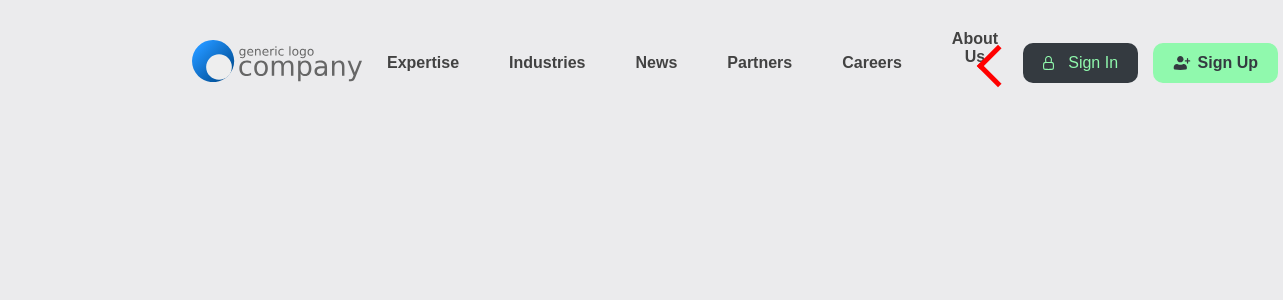
Repository: Andriy-Ma/widgetTask
Page: /
An editor plug-in stored every save of this project. The page is shown before and after the next save, followed by the edit.
The browser window is 1280 px wide. The page is 1280 px wide, then 1283 px, then 1280 px, so the pictures cover 1283 px, including what lies to the right of the window. The pictures show the whole page.
Some web fonts or font styles are not loaded; a fallback is used. The project was rebuilt for these pictures with package versions that can differ from the ones it lists, and the page was loaded fresh each time.

Above is the page before, as saved 2022-08-29 18:07:58.

### public/index.html
<!DOCTYPE html>
<html lang="en">
  <head>
    <meta charset="utf-8" />
    <link rel="icon" href="%PUBLIC_URL%/favicon.ico" />
    <link rel="stylesheet" href="https://use.typekit.net/clw7fgu.css">
    <meta name="viewport" content="width=device-width, initial-scale=1" />
    <meta name="theme-color" content="#000000" />
    <meta
      name="description"
      content="Web site created using create-react-app"
    />
    <link rel="apple-touch-icon" href="%PUBLIC_URL%/logo192.png" />
    <!--
      manifest.json provides metadata used when your web app is installed on a
      user's mobile device or desktop. See https://developers.google.com/web/fundamentals/web-app-manifest/
    -->
    <link rel="manifest" href="%PUBLIC_URL%/manifest.json" />
    <!--
      Notice the use of %PUBLIC_URL% in the tags above.
      It will be replaced with the URL of the `public` folder during the build.
      Only files inside the `public` folder can be referenced from the HTML.

      Unlike "/favicon.ico" or "favicon.ico", "%PUBLIC_URL%/favicon.ico" will
      work correctly both with client-side routing and a non-root public URL.
      Learn how to configure a non-root public URL by running `npm run build`.
    -->
    <title>React App</title>
  </head>
  <body>
    <noscript>You need to enable JavaScript to run this app.</noscript>
    <div id="root"></div>
    <!--
      This HTML file is a template.
      If you open it directly in the browser, you will see an empty page.

      You can add webfonts, meta tags, or analytics to this file.
      The build step will place the bundled scripts into the <body> tag.

      To begin the development, run `npm start` or `yarn start`.
      To create a production bundle, use `npm run build` or `yarn build`.
    -->
  </body>
</html>

### src/index.css
* {
  box-sizing: border-box;
  margin: 0;
  padding: 0;
}
body {
  font-family: 'Poppins', sans-serif;
  background-color: #ebebed;
  -webkit-font-smoothing: antialiased;
  -moz-osx-font-smoothing: grayscale;
}

### src/App.js
import React from 'react';
import styles from './App.module.css';
import Header from './components/Header/header';

function App() {
  return (
    <div className={styles.container}>
      <Header/>
    </div>
  );
}

export default App;

### src/App.module.css
.container {
    display: block;
    align-items: center;
    justify-content: center;
    padding-left: 15%;
    padding-right: 15%;
}

### src/components/Header/header.jsx
import React from 'react';
import Icon from './logo-generic';
import {ReactComponent as Lock} from './lock.svg';
import {ReactComponent as SignUp} from './signup.svg';
import styles from './header.module.css';

function Header() {
  return (
    <div className={styles.header}>
        <div className={styles.logo}>
          <a href="#home">
            <Icon/>
          </a>
        </div>
        <div className={styles.middleOfHeader}>
          <a href="#expertise">Expertise</a>
          <a href="#industries">Industries</a>
          <a href="#news">News</a>
          <a href="#partners">Partners</a>
          <a href="#careers">Careers</a>
          <a href="#aboutus" className={styles.aboutUs}>About Us</a>
        </div>
        <div className={styles.buttonsHeader}>
          <div className={styles.signin}>
            <Lock/>
            <p>Sign In</p>
          </div>
          <div className={styles.signup}>
            <SignUp/>
            <p>Sign Up</p>
          </div>
        </div>
    </div>
  )
}

export default Header;

### src/components/Header/logo-generic.jsx
import React from "react";

function Icon() {
  return (
    <svg
      xmlns="http://www.w3.org/2000/svg"
      version="1.1"
      viewBox="0 0 1425.8 353.74"
    >
      <defs>
        <linearGradient
          id="linearGradient5311"
          x1="-467.57"
          x2="-469.87"
          y1="-68.973"
          y2="488.43"
          gradientUnits="userSpaceOnUse"
        >
          <stop offset="0" stopColor="#2294fe"></stop>
          <stop offset="1" stopColor="#014f96"></stop>
        </linearGradient>
      </defs>
      <g transform="translate(364.43 8.482)">
        <g>
          <g fill="#666" transform="translate(-14.426 -21.336)">
            <path d="M145.49 192.37v19.095c-5.773-3.182-11.583-5.55-17.43-7.105a64.331 64.331 0 00-17.541-2.443c-13.248 0-23.536 4.22-30.863 12.657-7.327 8.363-10.991 20.13-10.991 35.304 0 15.172 3.663 26.977 10.991 35.415 7.327 8.363 17.615 12.545 30.863 12.545 5.92 0 11.768-.778 17.541-2.332 5.847-1.628 11.657-4.033 17.43-7.216v18.873a83.693 83.693 0 01-17.763 5.995c-6.07 1.332-12.545 1.998-19.428 1.998-18.725 0-33.601-5.884-44.629-17.652s-16.542-27.643-16.542-47.627c0-20.279 5.55-36.229 16.653-47.849 11.176-11.62 26.459-17.43 45.85-17.43 6.29 0 12.434.666 18.429 1.999a81.647 81.647 0 0117.43 5.772"></path>
            <path d="M228.98 201.92c-10.954 0-19.613 4.293-25.978 12.878-6.365 8.511-9.548 20.205-9.548 35.082 0 14.876 3.146 26.607 9.437 35.193 6.365 8.511 15.061 12.767 26.089 12.767 10.88 0 19.502-4.293 25.867-12.878 6.365-8.585 9.547-20.279 9.547-35.082 0-14.728-3.182-26.385-9.547-34.971-6.365-8.66-14.987-12.989-25.867-12.989m0-17.319c17.763 0 31.714 5.773 41.854 17.319s15.209 27.532 15.209 47.96c0 20.353-5.07 36.34-15.209 47.96-10.14 11.546-24.091 17.319-41.854 17.319-17.837 0-31.825-5.773-41.965-17.319-10.066-11.62-15.098-27.606-15.098-47.96 0-20.427 5.033-36.414 15.098-47.96 10.14-11.546 24.128-17.319 41.965-17.319"></path>
            <path d="M416.6 211.46c5.107-9.177 11.213-15.949 18.318-20.316 7.105-4.367 15.468-6.55 25.09-6.55 12.952 0 22.943 4.552 29.975 13.655 7.03 9.03 10.546 21.908 10.547 38.634v75.048h-20.538v-74.382c0-11.916-2.11-20.76-6.328-26.533-4.219-5.773-10.658-8.66-19.317-8.66-10.584 0-18.947 3.516-25.09 10.548-6.143 7.03-9.215 16.616-9.214 28.754v70.274h-20.538V237.55c0-11.99-2.11-20.834-6.328-26.533-4.22-5.773-10.732-8.66-19.54-8.66-10.435 0-18.724 3.553-24.867 10.658-6.143 7.031-9.215 16.58-9.215 28.643v70.274h-20.538v-124.34h20.538v19.317c4.663-7.623 10.251-13.248 16.764-16.875 6.513-3.626 14.247-5.44 23.203-5.44 9.03 0 16.69 2.295 22.981 6.883 6.365 4.59 11.065 11.25 14.099 19.983"></path>
            <path d="M560.7 293.28v65.945h-20.538v-171.63H560.7v18.873c4.293-7.401 9.695-12.878 16.209-16.431 6.587-3.627 14.432-5.44 23.536-5.44 15.098 0 27.347 5.995 36.747 17.985 9.473 11.99 14.21 27.755 14.21 47.294 0 19.54-4.737 35.304-14.21 47.294-9.4 11.99-21.649 17.985-36.747 17.985-9.104 0-16.949-1.776-23.536-5.329-6.513-3.626-11.916-9.14-16.209-16.542m69.497-43.408c0-15.024-3.109-26.792-9.326-35.304-6.143-8.585-14.617-12.878-25.423-12.878-10.806 0-19.317 4.293-25.534 12.878-6.143 8.512-9.214 20.28-9.214 35.304 0 15.024 3.071 26.83 9.214 35.415 6.217 8.512 14.728 12.767 25.534 12.767s19.28-4.255 25.423-12.767c6.217-8.585 9.326-20.39 9.326-35.415"></path>
            <path d="M741.77 249.43c-16.505 0-27.94 1.887-34.304 5.662-6.365 3.775-9.548 10.214-9.547 19.317 0 7.253 2.368 13.026 7.105 17.319 4.81 4.219 11.324 6.328 19.539 6.328 11.324 0 20.39-3.997 27.199-11.99 6.883-8.067 10.325-18.762 10.325-32.084v-4.552H741.77m40.744-8.437v70.94h-20.427V293.06c-4.663 7.549-10.473 13.137-17.43 16.764-6.958 3.552-15.47 5.329-25.534 5.329-12.73 0-22.87-3.553-30.42-10.658-7.475-7.18-11.212-16.764-11.212-28.754 0-13.988 4.662-24.535 13.988-31.64 9.4-7.106 23.388-10.658 41.965-10.658h28.643v-1.999c0-9.4-3.109-16.653-9.326-21.759-6.143-5.18-14.802-7.77-25.978-7.77-7.105 0-14.025.85-20.76 2.552-6.735 1.703-13.21 4.256-19.428 7.66v-18.872c7.475-2.887 14.728-5.033 21.76-6.44 7.03-1.48 13.876-2.22 20.537-2.22 17.985 0 31.418 4.663 40.3 13.988 8.88 9.326 13.321 23.462 13.321 42.41"></path>
            <path d="M928.5 236.89v75.048h-20.427v-74.382c0-11.768-2.295-20.575-6.883-26.422-4.589-5.847-11.472-8.77-20.65-8.77-11.027 0-19.723 3.515-26.088 10.547-6.365 7.03-9.548 16.616-9.548 28.754v70.274h-20.538v-124.34h20.538v19.317c4.885-7.476 10.621-13.063 17.208-16.764 6.661-3.7 14.321-5.551 22.981-5.551 14.284 0 25.09 4.44 32.417 13.322 7.327 8.807 10.991 21.797 10.991 38.967"></path>
            <path d="M1021.2 323.48c-5.773 14.802-11.398 24.461-16.875 28.976-5.477 4.515-12.804 6.772-21.981 6.772h-16.32v-17.097h11.99c5.625 0 9.992-1.332 13.1-3.996s6.55-8.956 10.325-18.873l3.664-9.326-50.291-122.34h21.648l38.856 97.252 38.856-97.252h21.648l-54.621 135.89"></path>
          </g>
          <g fill="#666" transform="translate(-416.34 -21.336)">
            <path d="M489.95 115.06c0-6.675-1.385-11.848-4.155-15.519-2.737-3.671-6.592-5.507-11.564-5.507-4.94 0-8.794 1.836-11.564 5.507-2.737 3.671-4.105 8.844-4.105 15.519 0 6.642 1.368 11.798 4.105 15.469 2.77 3.671 6.625 5.507 11.564 5.507 4.973 0 8.827-1.836 11.564-5.507 2.77-3.671 4.155-8.828 4.155-15.469m9.211 21.727c0 9.545-2.119 16.637-6.357 21.276-4.24 4.672-10.73 7.009-19.474 7.009-3.238 0-6.292-.25-9.162-.751a44.69 44.69 0 01-8.36-2.203v-8.961c2.703 1.468 5.373 2.553 8.01 3.254 2.636.7 5.323 1.051 8.06 1.051 6.04 0 10.563-1.585 13.567-4.756 3.004-3.137 4.505-7.893 4.505-14.268v-4.555c-1.902 3.304-4.338 5.774-7.309 7.409-2.97 1.635-6.524 2.453-10.663 2.453-6.875 0-12.415-2.62-16.62-7.86-4.206-5.24-6.308-12.182-6.308-20.826 0-8.677 2.102-15.636 6.307-20.876 4.206-5.24 9.746-7.86 16.621-7.86 4.139 0 7.693.818 10.663 2.454 2.97 1.635 5.407 4.105 7.31 7.409v-8.51h9.21v49.11"></path>
            <path d="M566.09 113.41v4.506h-42.352c.4 6.34 2.303 11.18 5.707 14.518 3.438 3.304 8.21 4.956 14.318 4.956 3.538 0 6.959-.434 10.263-1.302 3.337-.868 6.642-2.17 9.912-3.905v8.711a55.24 55.24 0 01-10.163 3.204 50.9 50.9 0 01-10.563 1.102c-8.944 0-16.037-2.604-21.276-7.81-5.206-5.207-7.81-12.248-7.81-21.126 0-9.178 2.47-16.454 7.41-21.827 4.973-5.407 11.664-8.11 20.075-8.11 7.542 0 13.5 2.436 17.872 7.309 4.405 4.84 6.608 11.43 6.608 19.774m-9.211-2.703c-.067-5.04-1.486-9.062-4.256-12.065-2.736-3.004-6.374-4.506-10.914-4.506-5.14 0-9.261 1.452-12.365 4.355-3.07 2.904-4.839 6.992-5.306 12.265l32.84-.05"></path>
            <path d="M627.62 109.9v33.842h-9.211v-33.541c0-5.306-1.035-9.278-3.104-11.915-2.07-2.636-5.173-3.955-9.312-3.955-4.973 0-8.894 1.585-11.765 4.756-2.87 3.17-4.305 7.493-4.305 12.966v31.689h-9.261V87.673h9.261v8.71c2.203-3.37 4.79-5.89 7.76-7.558 3.003-1.67 6.458-2.503 10.363-2.504 6.44 0 11.314 2.003 14.618 6.008 3.304 3.971 4.956 9.829 4.956 17.572"></path>
            <path d="M694.05 113.41v4.506h-42.352c.4 6.34 2.303 11.18 5.707 14.518 3.438 3.304 8.21 4.956 14.318 4.956 3.538 0 6.959-.434 10.263-1.302 3.337-.868 6.642-2.17 9.912-3.905v8.711a55.24 55.24 0 01-10.163 3.204 50.9 50.9 0 01-10.563 1.102c-8.944 0-16.037-2.604-21.276-7.81-5.206-5.207-7.81-12.248-7.81-21.126 0-9.178 2.47-16.454 7.41-21.827 4.973-5.407 11.664-8.11 20.075-8.11 7.543 0 13.5 2.436 17.872 7.309 4.405 4.84 6.608 11.43 6.608 19.774m-9.211-2.703c-.067-5.04-1.486-9.062-4.256-12.065-2.736-3.004-6.374-4.506-10.913-4.506-5.14 0-9.261 1.452-12.365 4.355-3.07 2.904-4.839 6.992-5.306 12.265l32.84-.05"></path>
            <path d="M741.46 96.286a11.624 11.624 0 00-3.404-1.302c-1.202-.3-2.537-.45-4.005-.45-5.207 0-9.212 1.702-12.015 5.106-2.77 3.371-4.155 8.227-4.155 14.568v29.537h-9.262V87.676h9.262v8.71c1.935-3.403 4.455-5.923 7.56-7.558 3.103-1.67 6.874-2.503 11.313-2.503.634 0 1.335.05 2.103.15.767.067 1.618.183 2.553.35l.05 9.462"></path>
            <path d="M751.22 87.676h9.211v56.069h-9.211V87.676m0-21.827h9.211v11.664h-9.211V65.849"></path>
            <path d="M820.01 89.828v8.61c-2.603-1.434-5.223-2.502-7.86-3.203a29.012 29.012 0 00-7.91-1.102c-5.974 0-10.613 1.903-13.917 5.707-3.304 3.772-4.956 9.078-4.956 15.92 0 6.842 1.652 12.165 4.957 15.97 3.304 3.772 7.943 5.657 13.917 5.657 2.67 0 5.306-.35 7.91-1.051 2.636-.734 5.256-1.819 7.859-3.254v8.51a37.736 37.736 0 01-8.01 2.704c-2.737.6-5.657.9-8.76.9-8.445 0-15.153-2.652-20.126-7.959-4.973-5.306-7.459-12.465-7.459-21.477 0-9.144 2.503-16.337 7.51-21.577 5.039-5.24 11.93-7.86 20.675-7.86 2.837 0 5.607.3 8.31.902a36.82 36.82 0 017.86 2.603"></path>
            <path d="M868.57 65.849h9.211v77.896h-9.211V65.849"></path>
            <path d="M918.73 94.134c-4.94 0-8.844 1.936-11.714 5.807-2.87 3.838-4.305 9.111-4.305 15.82s1.418 11.998 4.255 15.87c2.87 3.838 6.792 5.757 11.765 5.757 4.906 0 8.794-1.935 11.664-5.807 2.87-3.871 4.305-9.144 4.305-15.82 0-6.641-1.435-11.898-4.305-15.769-2.87-3.905-6.758-5.857-11.664-5.857m0-7.81c8.01 0 14.301 2.604 18.873 7.81 4.572 5.206 6.858 12.415 6.859 21.627 0 9.178-2.287 16.387-6.859 21.627-4.572 5.206-10.863 7.81-18.873 7.81-8.043 0-14.351-2.604-18.923-7.81-4.539-5.24-6.808-12.45-6.808-21.627 0-9.211 2.27-16.42 6.808-21.627 4.572-5.206 10.88-7.81 18.923-7.81"></path>
            <path d="M996.58 115.06c0-6.675-1.385-11.848-4.155-15.519-2.737-3.671-6.592-5.507-11.564-5.507-4.94 0-8.794 1.836-11.564 5.507-2.737 3.671-4.105 8.844-4.105 15.519 0 6.642 1.368 11.798 4.105 15.469 2.77 3.671 6.625 5.507 11.564 5.507 4.973 0 8.828-1.836 11.564-5.507 2.77-3.671 4.155-8.828 4.155-15.469m9.211 21.727c0 9.545-2.119 16.637-6.357 21.276-4.24 4.672-10.73 7.009-19.474 7.009-3.238 0-6.292-.25-9.162-.751a44.69 44.69 0 01-8.36-2.203v-8.961c2.703 1.468 5.373 2.553 8.01 3.254 2.636.7 5.323 1.051 8.06 1.051 6.04 0 10.563-1.585 13.567-4.756 3.003-3.137 4.505-7.893 4.505-14.268v-4.555c-1.902 3.304-4.338 5.774-7.309 7.409-2.97 1.635-6.524 2.453-10.663 2.453-6.875 0-12.415-2.62-16.62-7.86-4.206-5.24-6.308-12.182-6.308-20.826 0-8.677 2.102-15.636 6.307-20.876 4.206-5.24 9.746-7.86 16.621-7.86 4.139 0 7.693.818 10.663 2.454 2.97 1.635 5.407 4.105 7.31 7.409v-8.51h9.21v49.11"></path>
            <path d="M1046.5 94.134c-4.94 0-8.844 1.936-11.714 5.807-2.87 3.838-4.305 9.111-4.305 15.82s1.418 11.998 4.255 15.87c2.87 3.838 6.792 5.757 11.765 5.757 4.906 0 8.794-1.935 11.664-5.807 2.87-3.871 4.305-9.144 4.305-15.82 0-6.641-1.435-11.898-4.305-15.769-2.87-3.905-6.758-5.857-11.664-5.857m0-7.81c8.01 0 14.3 2.604 18.873 7.81 4.572 5.206 6.858 12.415 6.858 21.627 0 9.178-2.286 16.387-6.858 21.627-4.572 5.206-10.864 7.81-18.873 7.81-8.043 0-14.351-2.604-18.924-7.81-4.539-5.24-6.808-12.45-6.808-21.627 0-9.211 2.269-16.42 6.808-21.627 4.572-5.206 10.88-7.81 18.924-7.81"></path>
          </g>
          <g transform="rotate(-45 269.773 885.347) scale(.61927)">
            <path
              fill="url(#linearGradient5311)"
              d="M-184.26 202.82c0 157.74-127.87 285.61-285.61 285.61s-285.61-127.87-285.61-285.61S-627.61-82.79-469.87-82.79s285.61 127.87 285.61 285.61z"
              transform="translate(1202 -114.01)"
            ></path>
            <path
              fill="#eee"
              d="M-184.26 202.82c0 157.74-127.87 285.61-285.61 285.61s-285.61-127.87-285.61-285.61S-627.61-82.79-469.87-82.79s285.61 127.87 285.61 285.61z"
              transform="translate(1018.2 79.03) scale(.60887)"
            ></path>
          </g>
        </g>
      </g>
    </svg>
  );
}

export default Icon;

### src/components/Header/header.module.css
.logo {
    display: block;
    min-width: 170px;
}
.header {
    display: flex;
    justify-content: space-between;
    align-items: center;
    padding-top: 30px;
    min-width: 1000px;
}
.middleOfHeader {
    display: flex;
    justify-content: space-between;
    align-items: center;
    text-decoration: none;
}
.middleOfHeader a {
    display: block;
    color: #424242;
    text-align: center;
    padding: 0px 25px;
    text-decoration: none;
    font-size: 16px;
    font-weight: 600;
}
.aboutUs::after{
    content: '';
    border-left: 5px solid red;
  border-top: 5px solid red;
  width: 25px;
  height: 25px;
  float: right;
  transform: translate(50%, -50%) rotate(-45deg);
}
.buttonsHeader {
    display: flex;
    justify-content: space-between;
    align-items: center;
}
.buttonsHeader:hover {
    cursor: pointer;
}
.signin {
    display: flex;
    justify-content: space-between;
    align-items: center;
    color: #90F9AD;
    background-color: #343A40;
    font-weight: 500;
    padding: 0px 20px;
    border-radius: 10px;
    width: 115px;
    height: 40px;
    margin-right: 15px;
}
.signup {
    display: flex;
    justify-content: space-between;
    align-items: center;
    color: #343A40;
    background-color: #90F9AD;
    font-weight: 600;
    padding: 0px 20px;
    border-radius: 10px;
    width: 125px;
    height: 40px;
}

Loaded but not shown: src/index.js (common file)

After the next save:
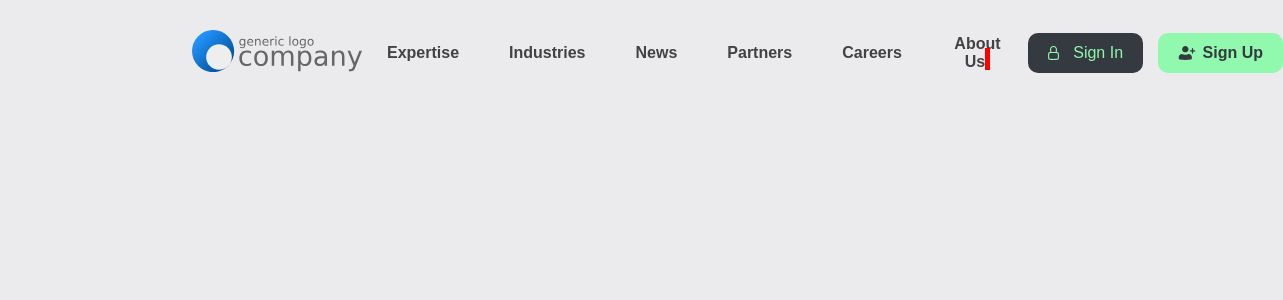
Saved 20 s later.
--- a/src/components/Header/header.module.css
+++ b/src/components/Header/header.module.css
@@ -30,7 +30,7 @@
   border-top: 5px solid red;
   width: 25px;
   height: 25px;
-  float: right;
+  float: bottom;
   transform: translate(50%, -50%) rotate(-45deg);
 }
 .buttonsHeader {

After the 3 saves that followed:
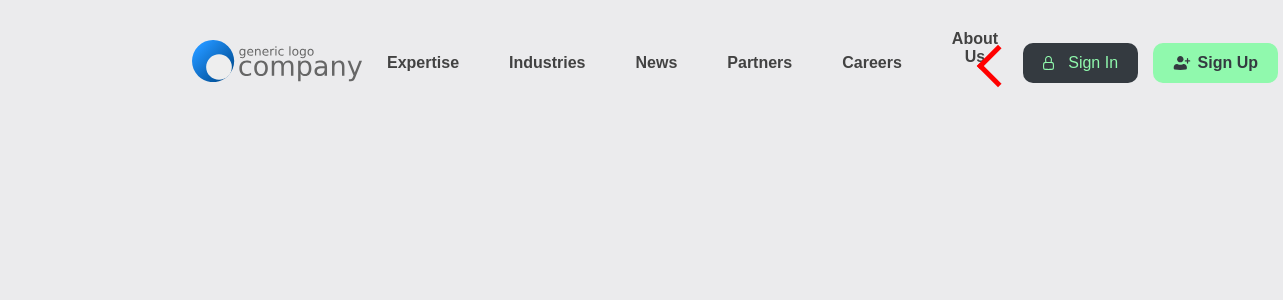
The 3 saves are shown as one change because 2 left the picture as it was.
The last was saved 24 s later.
--- a/src/components/Header/header.module.css
+++ b/src/components/Header/header.module.css
@@ -30,7 +30,7 @@
   border-top: 5px solid red;
   width: 25px;
   height: 25px;
-  float: bottom;
+  float: right;
   transform: translate(50%, -50%) rotate(-45deg);
 }
 .buttonsHeader {
